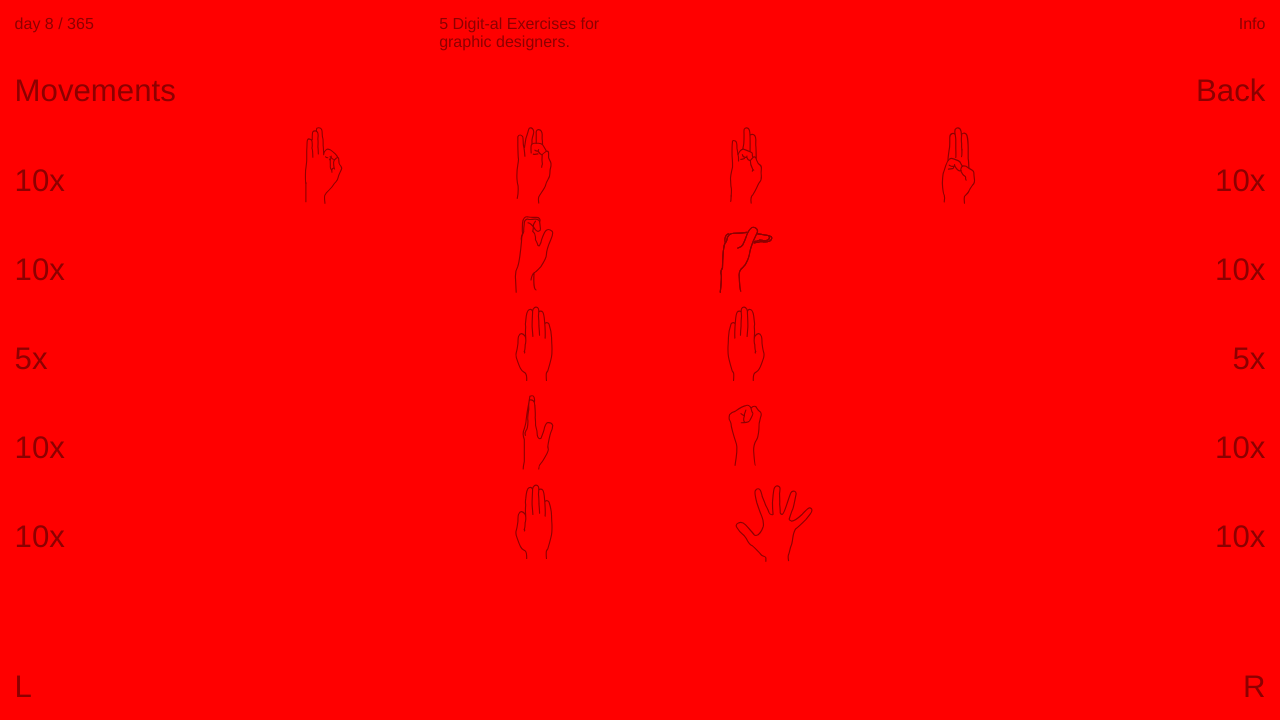
Repository: NoIdeasStudio/holiday-card-24
Page: movements.html
These files come from the project's save history. The page is drawn as it stood at one moment and after the next save; the edit follows.
The browser window is 1280 px wide. The pictures show the whole page.

Above is the page before, as saved 2025-01-08 12:41:47.

After the next save:
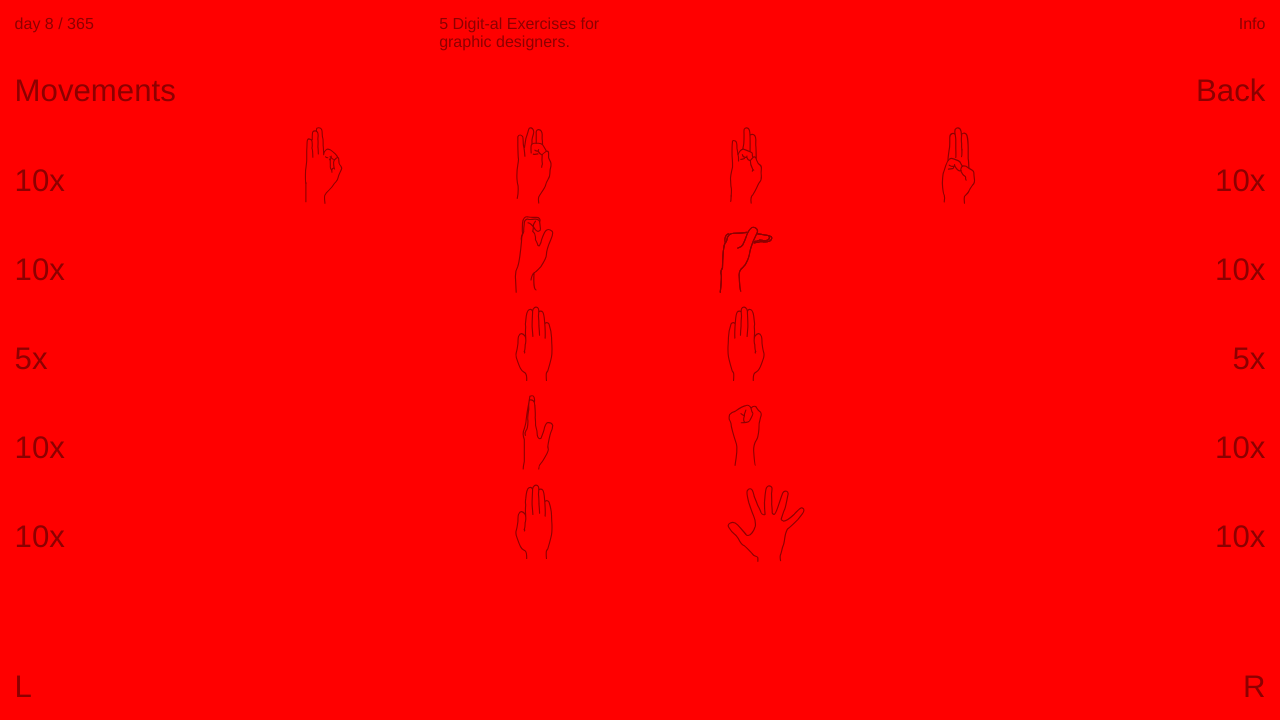
Saved 7 s later.
--- a/movements.html
+++ b/movements.html
@@ -38,7 +38,7 @@
                 <footer class="large-text content-footer-1-m-4"><a class="no-underline" href="./exercise-4.html">10x 10x</a></footer>
 
                 <div class="img-2-E"><a class="no-underline" href="./exercise-5.html"><img src="./Svgs/exercise-5-1.svg" alt="Outward extensions" height="100%" width="100%" /></a></div>
-                <div class="img-3-E"><a class="no-underline" href="./exercise-5.html"><img src="./Svgs/exercise-5-2.svg" alt="Outward extensions" height="103%" width="128%" margin-right="20px" /></a></div>
+                <div class="img-3-E"><a class="no-underline" href="./exercise-5.html"><img src="./Svgs/exercise-5-2.svg" alt="Outward extensions" height="103%" width="120%" margin-right="20px" /></a></div>
                 <footer class="large-text content-footer-1-m-5"><a class="no-underline" href="./exercise-5.html">10x 10x</a></footer>
 
         <footer class="large-text content-footer-2-m">L R</footer>
